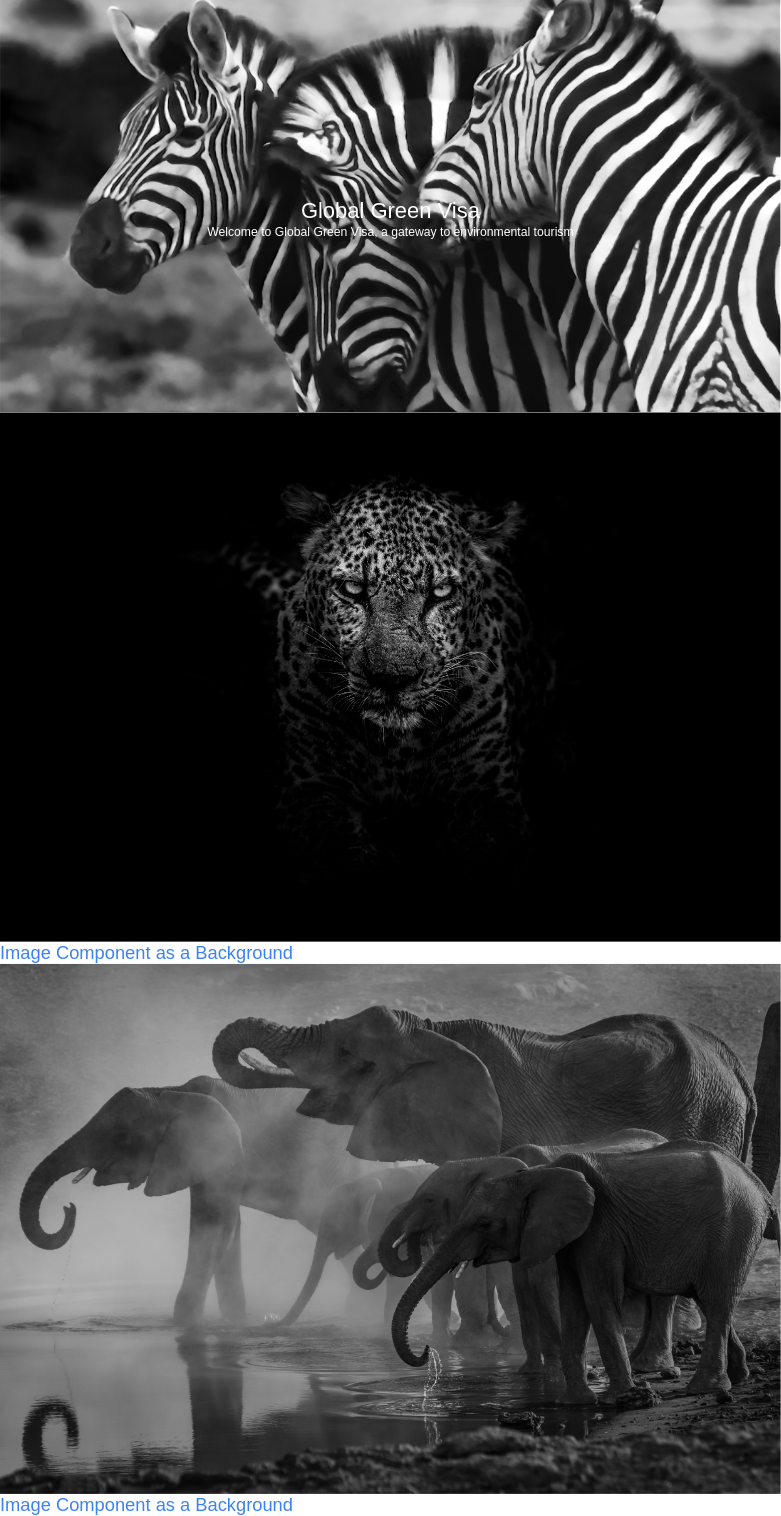
Repository: BrightonMboya/ggv-landingPage
Page: /
These files come from the project's save history. The page is drawn as it stood at one moment and after the next save; the edit follows.
The browser window is 1280 px wide. The pictures show the whole page, at 61% of full size.
The project was rebuilt for these pictures with package versions that can differ from the ones it lists, and the page was loaded fresh each time. The framework's server and built-in components were replaced by stand-ins that run in the browser. Also part of the build but not shown: next.config.js.

Above is the page before, as saved 2022-06-13 20:46:09.

### pages/index.js
import React from "react";
import styles from "../styles/Home.module.css";
import HomePage from "./HomePage";
import AboutUs from "./AboutUs";
import Contactus from "./Contactus";

// const index = () => {
//   return (
//     <React.Fragment>
//       <div className={`${styles.global} ${styles.container}`}>
//         <section className={`${styles.section}`}>
//           <HomePage />
//         </section>
//         <section className={`${styles.section}`}>
//           <AboutUs />
//         </section>
//         <section className={`${styles.section} ${styles.three}`}>
//           <Contactus />
//         </section>
//       </div>
//     </React.Fragment>
//   );
// };

const index = () => {
  return (
    <React.Fragment>
      <div className={styles.global}>
        <div className={styles.container}>
          <section className={styles.section}>
            <HomePage />
          </section>
          <section className={styles.section}>
            <AboutUs />
          </section>
          <section className={styles.section}>
            <Contactus />
          </section>
        </div>
      </div>
    </React.Fragment>
  );
};

export default index;

### styles/Home.module.css
.global {
  margin: 0;
  padding: 0;
  box-sizing: border-box;
  font-family: sans-serif;
  /* border: 2px solid yellow; */
}
.section {
  /* height: 100vh; */
  display: flex;
  justify-content: center;
  align-items: center;
  scroll-snap-align: start;
}

.container {
  scroll-snap-type: y mandatory;
  overflow-y: scroll;
  /* height: 100vh; */
  /* border: 2px solid red; */
}

.bgWrap {
  /* position: fixed; */
  /* height: 100vh; */
  /* min-height: 80vh; */
  width: 100vw;
  overflow: hidden;
  z-index: -1;
  background-size: cover;
  -webkit-background-size: cover;
  -moz-background-size: cover;
  -moz-background-size: cover;
  background: center no-repeat;
}

.bg {
  max-width: 100%;
  position: relative;
}

.content {
  display: inline-block;
  position: absolute;
  left: 50%;
  top: 50%;
  transform: translate(-50%, -50%);
}

/* @media and (max-width: 480px) {
} */

### pages/HomePage.js
import React from "react";
import styles from "../styles/Home.module.css";
import Image from "next/image";

const HomePage = () => {
  return (
    <div className="">
      <div className={`${styles.bgWrap} ${styles.bg}`}>
        <Image
          src="/home.jpg"
          layout="responsive"
          width={900}
          height={475}
          objectFit="cover"
          quality={100}
        />
      </div>
      <div className={styles.content}>
        <h2 className="text-white text-4xl text-center">Global Green Visa</h2>
        <p className="text-white text-xl text-center">
          Welcome to Global Green Visa, a gateway to environmental tourism
        </p>
      </div>
    </div>
  );
};

export default HomePage;

// className="absolute lg:top-[50%] top-[6%]"
// className="lg:justify-center lg:items-center sm:h-0 lg:flex lg:h-[100vh]"

### pages/AboutUs.js
import Image from "next/image";
import styles from "../styles/Home.module.css";
// import home from "./assets/home.jpg";

const AboutUs = () => {
  return (
    <div>
      <div className={styles.bgWrap}>
        <Image
          src="/about.jpg"
          layout="responsive"
          // objectFit="cover"
          quality={100}
          width={700}
          height={475}
        />
      </div>
      <p className="text-blue-500 text-3xl">Image Component as a Background</p>
    </div>
  );
};

export default AboutUs;

### pages/Contactus.js
import React from "react";
import Image from "next/image";
import styles from "../styles/Home.module.css";

const Contactus = () => {
  return (
    <div>
      <div className={styles.bgWrap}>
        <Image
          src="/contact.jpg"
          layout="responsive"
          objectFit="cover"
          quality={100}
          width={700}
          height={475}
        />
      </div>
      <p className="text-blue-500 text-3xl">Image Component as a Background</p>
    </div>
  );
};

export default Contactus;

### tailwind.config.js
module.exports = {
  content: [
    "./pages/**/*.{js,ts,jsx,tsx}",
    "./components/**/*.{js,ts,jsx,tsx}"
  ],
  theme: {
    extend: {
      colors: {
        black: "#000107",
        slate: "#E3F1EF"
      }
    }
  },
  plugins: []
};

Loaded but not shown: pages/_app.js (common file); styles/globals.css (common file)

After the next save:
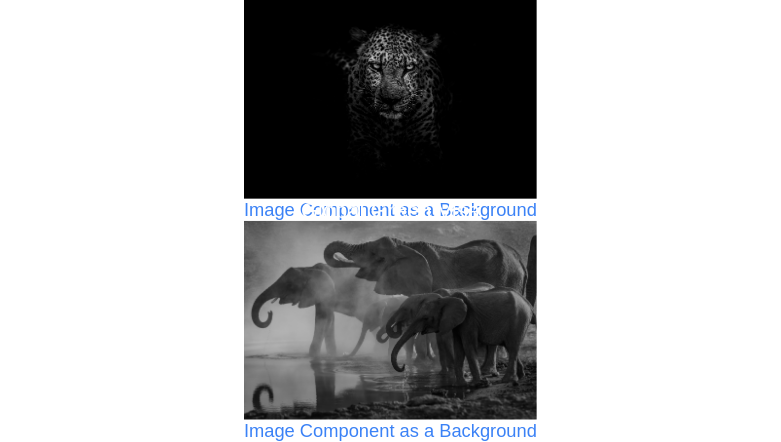
Saved 66 s later.
--- a/styles/Home.module.css
+++ b/styles/Home.module.css
@@ -24,7 +24,7 @@
   /* position: fixed; */
   /* height: 100vh; */
   /* min-height: 80vh; */
-  width: 100vw;
+  /* width: 100vw; */
   overflow: hidden;
   z-index: -1;
   background-size: cover;
@@ -35,12 +35,12 @@
 }
 
 .bg {
-  max-width: 100%;
+  /* max-width: 100%; */
   position: relative;
 }
 
 .content {
-  display: inline-block;
+  /* display: inline-block; */
   position: absolute;
   left: 50%;
   top: 50%;

After the save that followed:
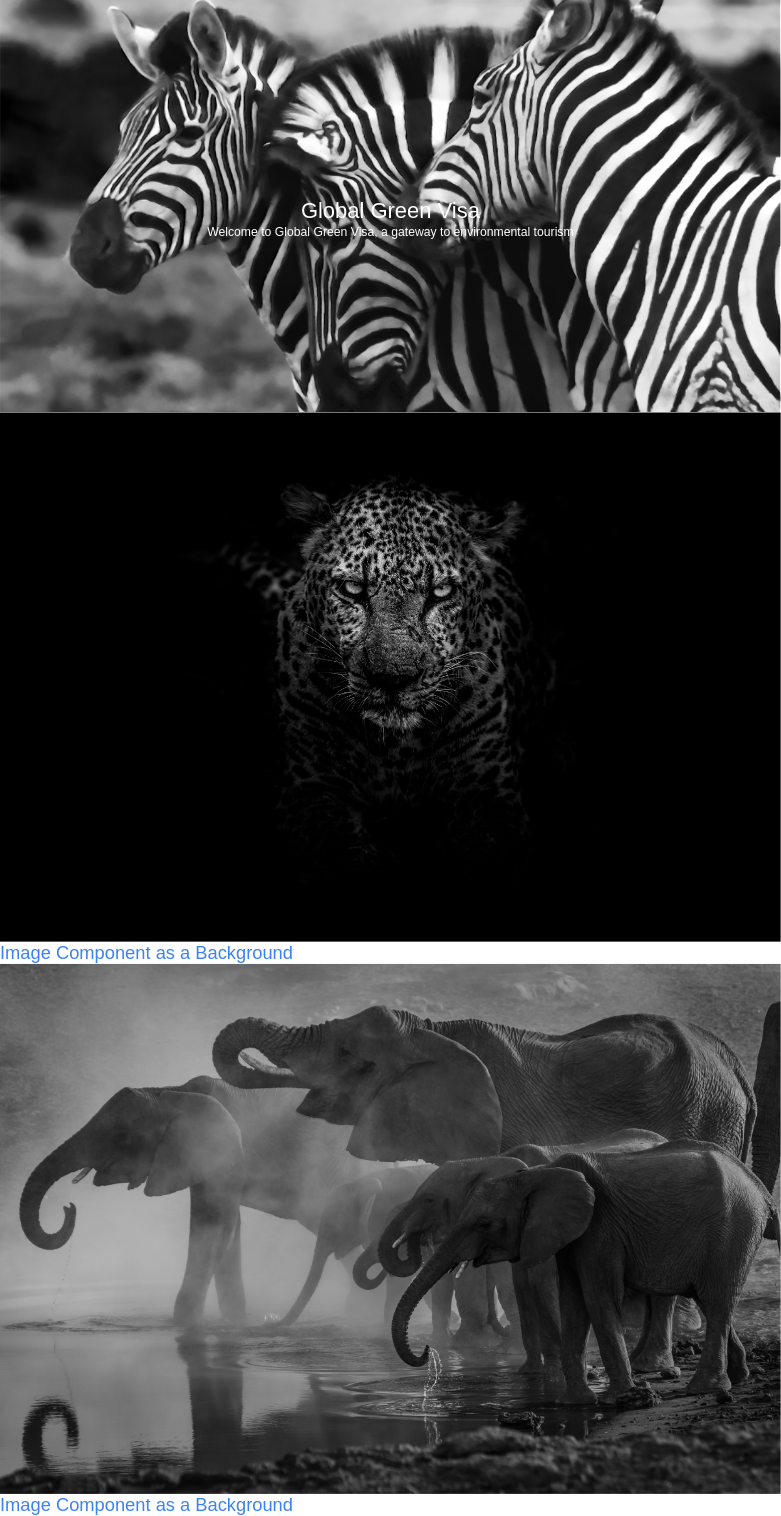
Saved 26 s later.
--- a/styles/Home.module.css
+++ b/styles/Home.module.css
@@ -24,7 +24,7 @@
   /* position: fixed; */
   /* height: 100vh; */
   /* min-height: 80vh; */
-  /* width: 100vw; */
+  width: 100vw;
   overflow: hidden;
   z-index: -1;
   background-size: cover;
